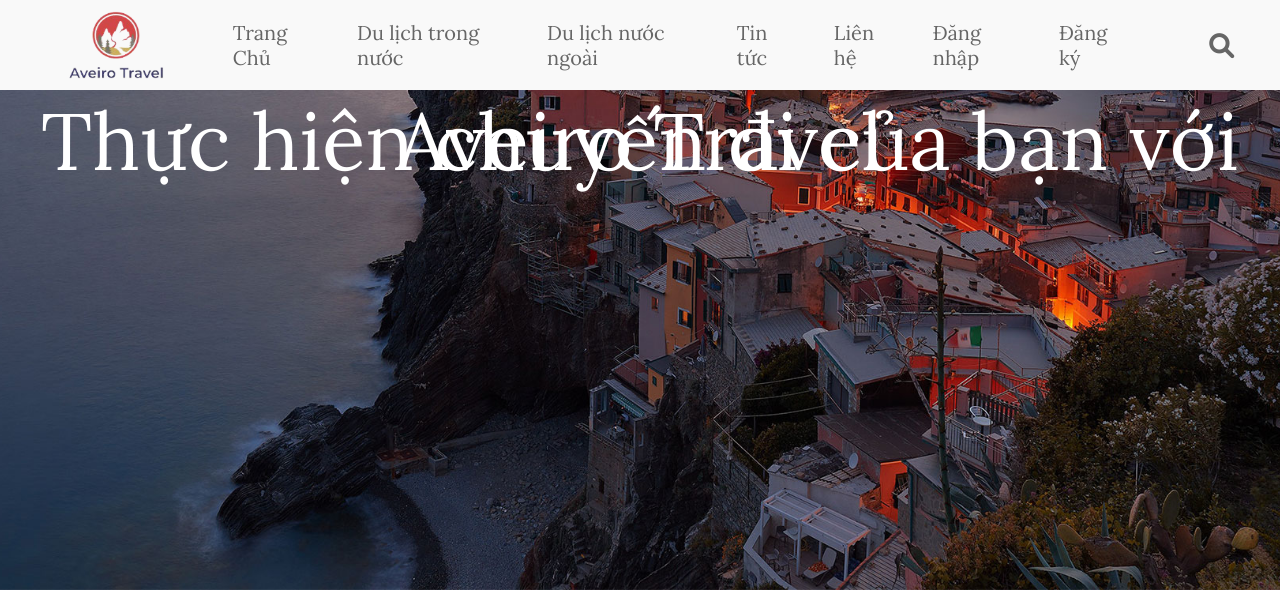
Repository: tuan842001/demotest
Page: /login
The author's editor kept a copy of each file at every save. The page is drawn from the files as they stood at one save, then again after the next save.
The browser window is 1280 px wide. The pictures show the part of the page from y = 0 to 590 px (the page is 4194 px tall before and 720 px after).
Pictures or frames that could not be fetched are drawn as grey boxes. The project was rebuilt for these pictures with package versions that can differ from the ones it lists, and the page was loaded fresh each time. Also part of the build but not shown: src/components/offers/offers.css, src/components/offers/Offers.jsx, src/pages/intour/Intour.jsx, src/pages/login/login.css.

Above is the page before, as saved 2021-10-14 15:46:56.

After the next save:
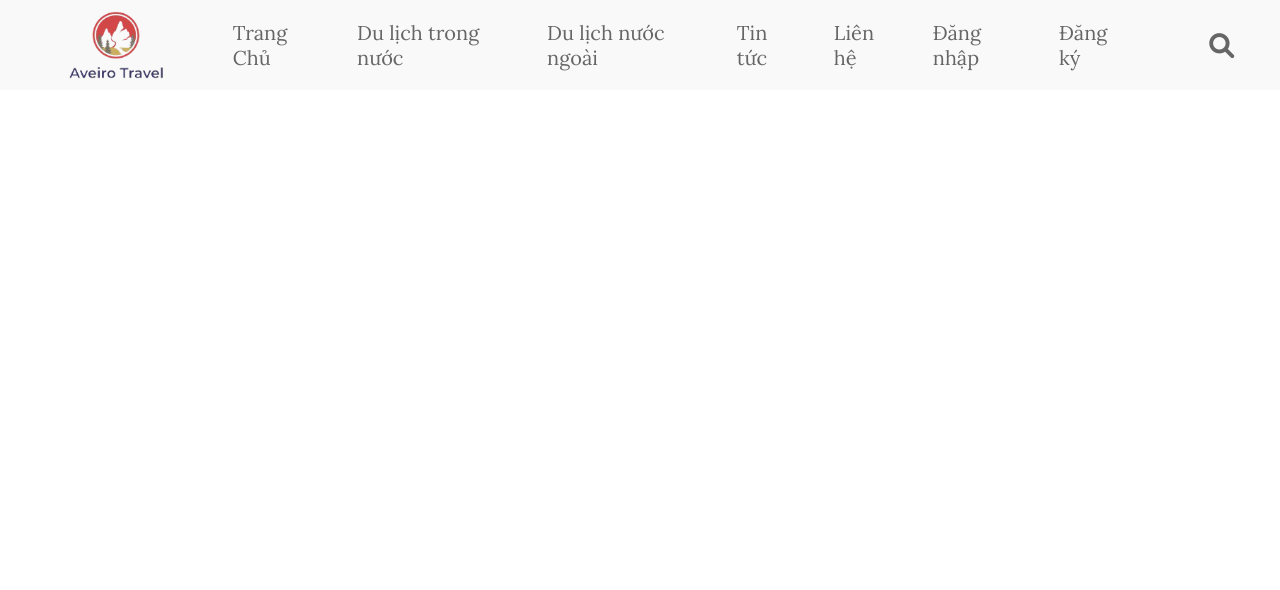
Saved 30 s later.
--- a/src/App.js
+++ b/src/App.js
@@ -1,5 +1,6 @@
 import Home from './pages/home/Home';
 import Intour from './pages/intour/Intour';
+import Login from './pages/login/Login';
 import TopBar from './components/topbar/TopBar';
 import "./app.css"
 
@@ -7,7 +8,7 @@
   return (
     <>
       <TopBar/>
-      <Home/>
+      <Login/>
     </>
   );
 }
